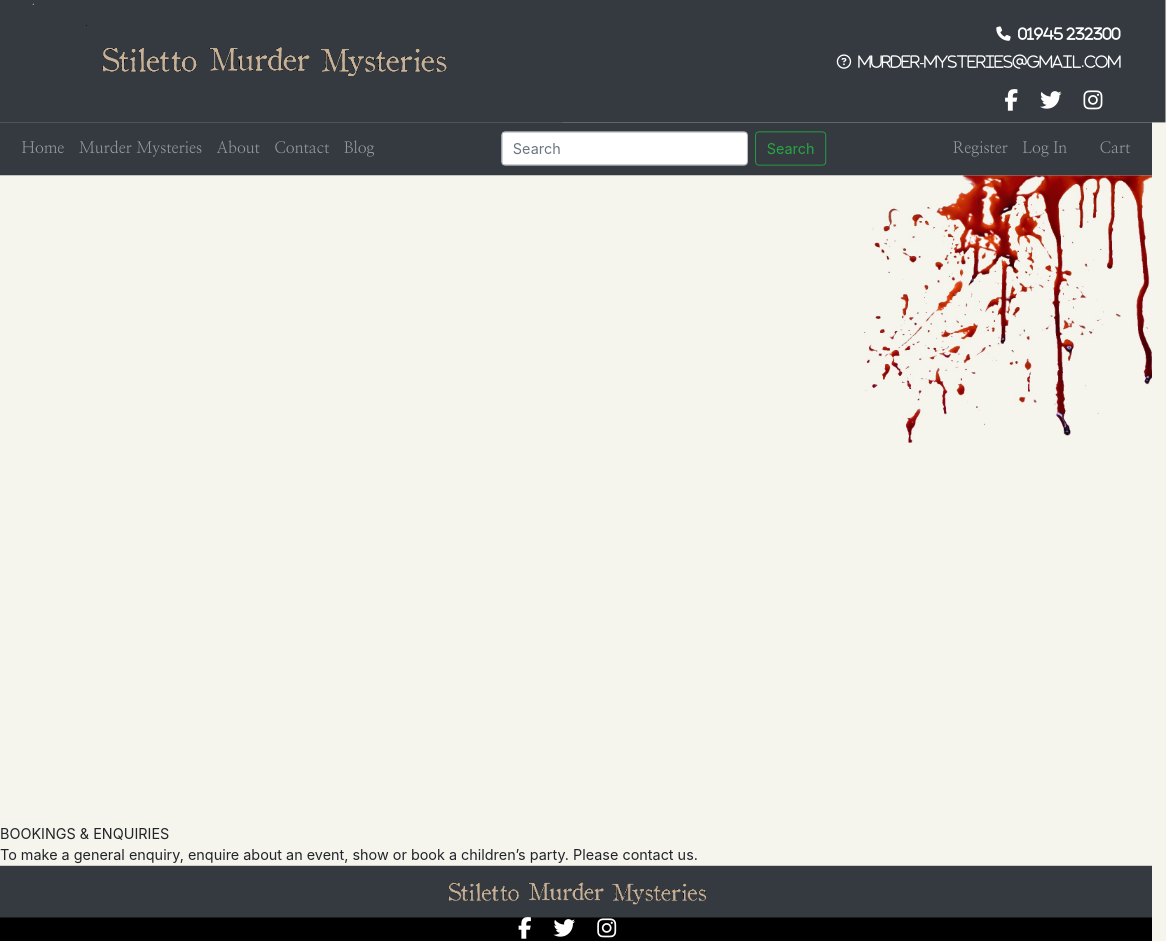
Repository: TaylorD1982/murder-milestone
Page: templates/base.html
The author's editor kept a record of every edit. The page is drawn from the files as they stood at one moment, then again after the next edit.
The browser window is 1280 px wide. The page is 1295 px wide, so the pictures cover 1295 px, including what lies to the right of the window. The pictures show the whole page, at 90% of full size.
Some icons come from a web library that is not loaded, so they are not drawn. Some web fonts or font styles are not loaded; a fallback is used. Some web libraries are served in a nearby version. The template is drawn by Django 2.2. The application's start-up code is not run. Other server files are loaded and not shown. The template is opened directly, without the code that normally fills it, so the values that code supplies are empty.

Above is the page before.
Console error: ReferenceError: emailjs is not defined

### templates/base.html
{% load staticfiles %}
<!DOCTYPE html>
<html lang="en">

<head>
    <meta charset="UTF-8">
    <meta name="viewport" content="width=device-width, initial-scale=1.0">
    <meta http-equiv="X-UA-Compatible" content="ie=edge">
    <title>Murder Mystery</title>
    <link rel="stylesheet" href="{% static 'font-awesome/css/font-awesome.min.css' %}">
    <link rel="stylesheet" href="{% static 'css/custom.css' %}">
    <script src="https://cdnjs.cloudflare.com/ajax/libs/jquery/3.2.1/jquery.min.js"></script>
    <script src="https://cdnjs.cloudflare.com/ajax/libs/twitter-bootstrap/3.3.7/js/bootstrap.min.js"></script>
    <link rel="stylesheet" href="https://maxcdn.bootstrapcdn.com/bootstrap/4.0.0/css/bootstrap.min.css" integrity="sha384-Gn5384xqQ1aoWXA+058RXPxPg6fy4IWvTNh0E263XmFcJlSAwiGgFAW/dAiS6JXm" crossorigin="anonymous">
    <script src="https://code.jquery.com/jquery-3.2.1.slim.min.js" integrity="sha384-KJ3o2DKtIkvYIK3UENzmM7KCkRr/rE9/Qpg6aAZGJwFDMVNA/GpGFF93hXpG5KkN" crossorigin="anonymous"></script>
    <script src="https://cdnjs.cloudflare.com/ajax/libs/popper.js/1.12.9/umd/popper.min.js" integrity="sha384-ApNbgh9B+Y1QKtv3Rn7W3mgPxhU9K/ScQsAP7hUibX39j7fakFPskvXusvfa0b4Q" crossorigin="anonymous"></script>
    <script src="https://maxcdn.bootstrapcdn.com/bootstrap/4.0.0/js/bootstrap.min.js" integrity="sha384-JZR6Spejh4U02d8jOt6vLEHfe/JQGiRRSQQxSfFWpi1MquVdAyjUar5+76PVCmYl" crossorigin="anonymous"></script>

    <script type="text/javascript" src="https://cdn.jsdelivr.net/npm/emailjs-com@2.3.2/dist/email.min.js"></script>
    <script type="text/javascript">
        (function(){
            emailjs.init("user_UbfQMZPiQGURDwMtv5SCI");
        })();
    </script>


    <link href="https://fonts.googleapis.com/css2?family=Italianno&display=swap" rel="stylesheet">
    <script src="https://kit.fontawesome.com/5336900852.js" crossorigin="anonymous"></script>
    <link href="https://fonts.googleapis.com/css?family=Nanum+Myeongjo&display=swap" rel="stylesheet"> {% block head_js %} {% endblock head_js %}
</head>

<body class="body">
    <div class="row banner">
        <div class="col-6">
            <div>
                <img width="100%" src="{% static 'images/banner-desktop-new.png' %}" alt="Stiletto Murder Mysteries">
            </div>
        </div>
        <div class="col-6 box">
            <div class="content-1">
                <div>
                    <i class="fas fa-phone contact-navbar">&nbsp;&nbsp;01945 232300</i>
                </div>
                <div>
                    <i class="far fa-question-circle contact-navbar">&nbsp;&nbsp;murder-mysteries@Gmail.com</i>
                </div>
            </div>
            <div class="content">
                <a href="https://facebook.com" target="_blank" class="fa fa-facebook"></a>
                <a href="https://twitter.com" target="_blank" class="fa fa-twitter fa-large"></a>
                <a href="https://instagram.com" target="_blank" class="fa fa-instagram fa-large"></a>
            </div>
        </div>
    </div>

    <!-- Fixed masthead -->

    <nav class="navbar navbar-expand-lg navbar-dark bg-dark">
        <button class="navbar-toggler mx-auto" type="button" data-toggle="collapse" data-target="#navbarNavAltMarkup" aria-controls="navbarNavAltMarkup" aria-expanded="false" aria-label="Toggle navigation">
    <span class="navbar-toggler-icon"></span>
  </button>
        <div class="collapse navbar-collapse" id="navbarNavAltMarkup">
            <ul class="navbar-nav mr-auto">
                <li class="nav-item">
                    <a class="nav-link" href="/">Home</a>
                </li>
                <li class="nav-item">
                    <a class="nav-link" href="{% url 'products' %}">Murder Mysteries</a>
                </li>
                <li class="nav-item">
                    <a class="nav-link" href="{% url 'about' %}">About</a>
                </li>
                <li class="nav-item">
                    <a class="nav-link" href="{% url 'contact' %}">Contact</a>
                </li>
                <li class="nav-item">
                    <a class="nav-link" href="{% url 'get_posts' %}">Blog</a>
                </li>
            </ul>
            <form class="form-inline my-2 my-lg-0" action="{% url 'search' %}" method="get">
              <input class="form-control mr-sm-2" placeholder="Search" aria-label="Search" type="text" name="q">
              <button class="btn btn-outline-success my-2 my-sm-0" type="submit">Search</button>
            </form>
            <ul class="navbar-nav ml-auto">
                {% if user.is_authenticated %}
                <li class="nav-item">
                    <a class="nav-link" href="{% url 'profile' %}">Profile</a>
                </li>
                <li class="nav-item">
                    <a class="nav-link" href="{% url 'logout' %}">Log Out</a>
                </li>
                {% else %}
                <li class="nav-item">
                    <a class="nav-link" href="{% url 'registration' %}">Register</a>
                </li>
                <li class="nav-item">
                    <a class="nav-link" href="{% url 'login' %}">Log In</a>
                </li>
                {% endif %}
                <li class="nav-item">
                    <a class="nav-link" href="{% url 'view_cart' %}">
                        <i class="fa fa-shipping-cart"></i>Cart
                            {% if product_count > 0 %}
                            <label class="badge badge-warning">{{ product_count }}</label>
                            {% endif %}
                    </a>
                </li>
            </ul>
        </div>
    </nav>

    <div = class="home">
        {% block content %} <img width="100%" src="{% static 'images/haunted-house-desktop.jpeg' %}" alt="Football League"> {% endblock %}
        {% if messages %}
                <div class="messages">
                    {% for message in messages %} {{ message }} {% endfor %}
                </div>
        {% endif %}
    </div>
    <footer>
        <div>
            <div class="footer-booking-header">BOOKINGS & ENQUIRIES</div>
            <div class="footer-booking-content">To make a general enquiry, enquire about an event, show or book a children’s party. Please contact us.</div>
        </div>
        <div>
            <img width="100%" src="{% static 'images/footer-desktop.png' %}" alt="Stiletto Murder Mysteries">
        </div>
        <div class="social-media">
            <container>
            <a href="https://facebook.com" target="_blank" class="fa fa-facebook"></a>
            <a href="https://twitter.com" target="_blank" class="fa fa-twitter fa-large"></a>
            <a href="https://instagram.com" target="_blank" class="fa fa-instagram fa-large"></a>
            </container>
        </div>
    </footer>
</body>

</html>

### static/css/custom.css
.body {
    background-color: #f5f4ed;
}

.accountform {
    padding-top: 20px;
}

.badge {
    padding-left: 9px;
    padding-right: 9px;
    -webkit-border-radius: 9px;
    -moz-border-radius: 9px;
    border-radius: 9px;
}

.label-warning[href],
.badge-warning[href] {
    background-color: #c67605;
}

caption p {
    word-wrap: break-word;
}

.row.row-flex {
    display: flex;
    flex-wrap: wrap;
    margin-top: 30px;
}

.panel-default {
    border-color: transparent;
    padding: 0 10px;
}

.panel-body {
    height: 100%;
    border: 1px solid #ddd;
}

.product-description {
    min-height: 40px;
}

/*-------------------------Navigation Bar--------*/

.navbar-nav {
  font-family: 'Nanum Myeongjo', serif;
  font-size: 1.1em;
 }

.bet_time {
    position:absolute;
    bottom:0;
    right:0;
    padding-right: 50px;
    padding-bottom: 50px;
}

.social-media {
    text-align: center;
    background-color: black;
    font-size: 1em;
}

.fa {
    color: white;
    font-size: 1.5em;
    padding-right: 20px;
    transition: transform .2s;
    margin: 0 auto;
}

.product-name {
    font-family: 'Italianno', cursive;
    font-size: 4em;
}

.product-description {
    font-family: 'Nanum Myeongjo', serif;
    font-size: 1.25em;
}

.box {
    position: relative;
}

.content {
    position: absolute;
    bottom: 10px;
    right: 50px;
}

.content-1 {
    position: absolute;
    bottom: 50px;
    right: 50px;
}

.banner {
    background-color: #343A40;
}

.form-group {
    padding-right: 7px;
}

/*-------------------------contact page-------*/

.container {
    width: 100%;
    padding-right: 15px;
    padding-left: 15px;
    padding-top: 40px;
    padding-bottom: 50px;
    margin-right: auto;
    margin-left: auto;
}

.contact-navbar {
  font-family: 'Nanum Myeongjo', serif;
  font-size: 1em;
  float: right;
  color: white;
  padding-top: 5px;
  padding-bottom: 10px;
}

.contact-title {
    font-family: 'Italianno', cursive;
    font-size: 4em;
    padding-bottom: 30px;
}

.contact-heading {
  font-family: 'Nanum Myeongjo', serif;
  font-size: 1.5em;
  color: #8B4513
}

.contact-content {
  font-family: 'Nanum Myeongjo', serif;
  font-size: 1.3em;
  padding-bottom: 30px;
}

.fa:hover {
  -ms-transform: scale(1.1); /* IE 9 */
  -webkit-transform: scale(1.1); /* Safari 3-8 */
  transform: scale(1.1);
  color:black;
  text-decoration: none;
}

.bg-dark {
    background-color: #413D3C!important;
}

/*-------------------------cart page-------*/

.empty {
    padding-top: 50px;
}

/*-------------------------Log In page-------*/

.container1 {
    padding-right: 155px;
    padding-left: 155px;
    padding-top: 40px;
    padding-bottom: 50px;

}

.home {
    position: relative;
}

.messages {
    position:absolute;
    top:10px;
    left: 10px;
    z-index: 1;
    background-color: #39e600;
    font-family: 'Italianno', cursive;
    font-size: 2em;
    padding-bottom: 30px;

}

.banner-contact {
    position:absolute;
    bottom:0;
    left:0;
    z-index: 1;
    background-color: black;
    font-family: 'Italianno', cursive;
    font-size: 2em;
    padding-bottom: 30px;
}

.input-group {
    margin-right: 10px;
}

Loaded but not shown: static/font-awesome/css/font-awesome.min.css (library)

After the next edit:
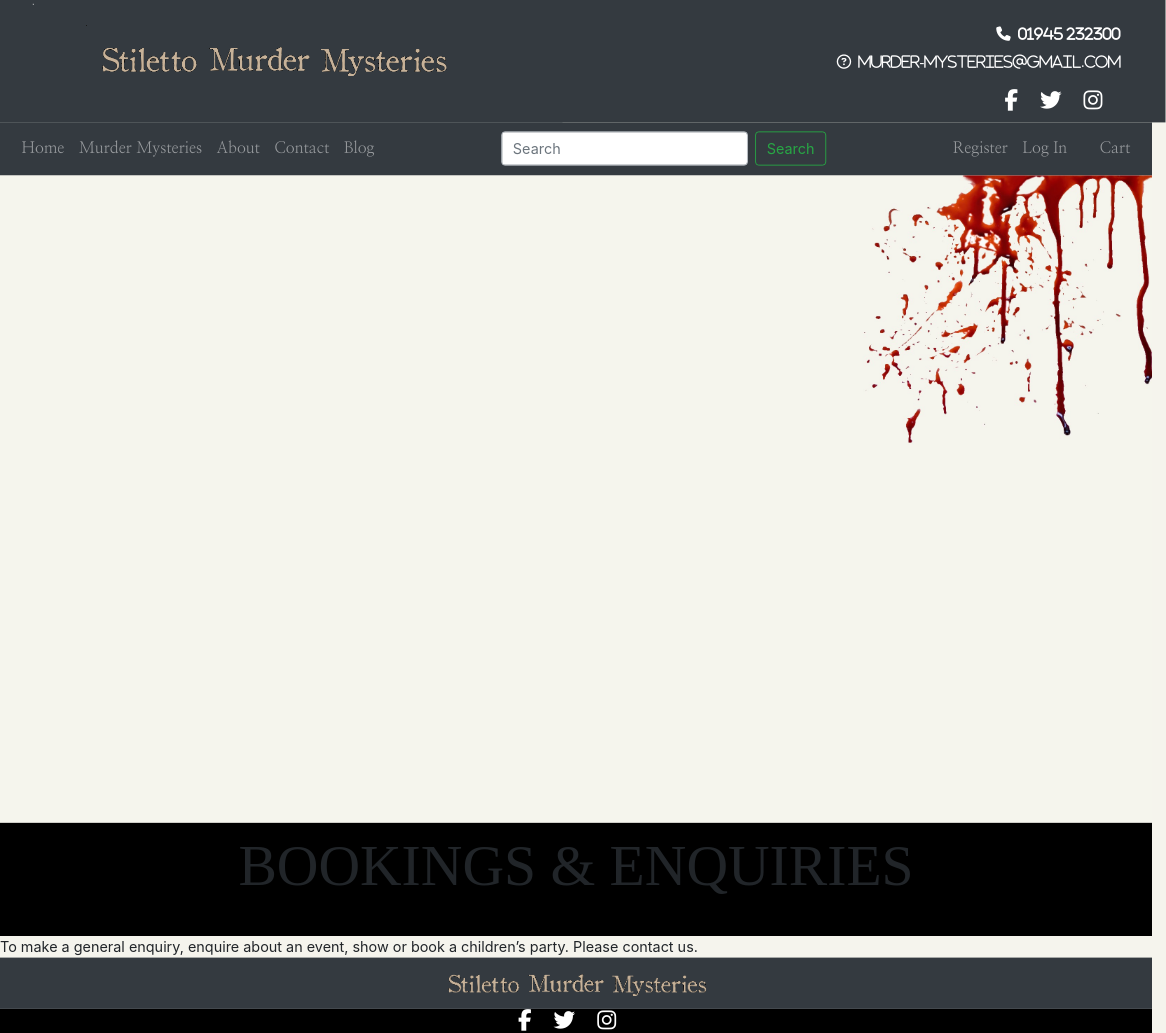
The edit:
--- a/static/css/custom.css
+++ b/static/css/custom.css
@@ -189,17 +189,15 @@
 
 }
 
-.banner-contact {
-    position:absolute;
-    bottom:0;
-    left:0;
-    z-index: 1;
-    background-color: black;
-    font-family: 'Italianno', cursive;
-    font-size: 2em;
-    padding-bottom: 30px;
-}
 
 .input-group {
     margin-right: 10px;
 }
+
+.footer-booking-header {
+    font-family: 'Italianno', cursive;
+    font-size: 4em;
+    padding-bottom: 30px;
+    background-color: black;
+    text-align: center;
+}
